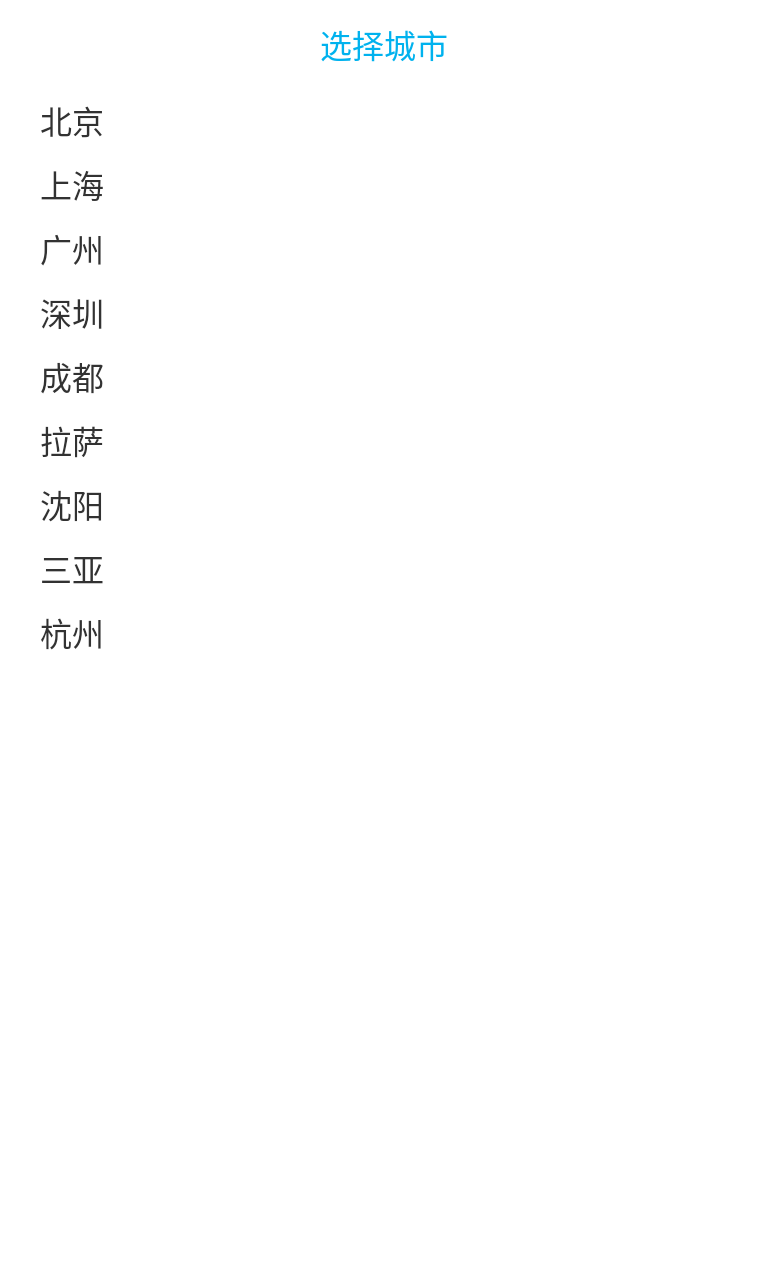
Repository: xuelang201201/Android
Layout: Android网络/天气预报/res/layout/menu.xml
The author's editor kept a copy of each file at every save. The layout is drawn from the files as they stood at one save, then again after the next save.
It is drawn on a 768 x 1280 px phone screen (xhdpi) without system bars, with theme AppBaseTheme; the app's code is not run.

Above is the layout before, as saved 2016-03-30 07:35:53.

After the next save:
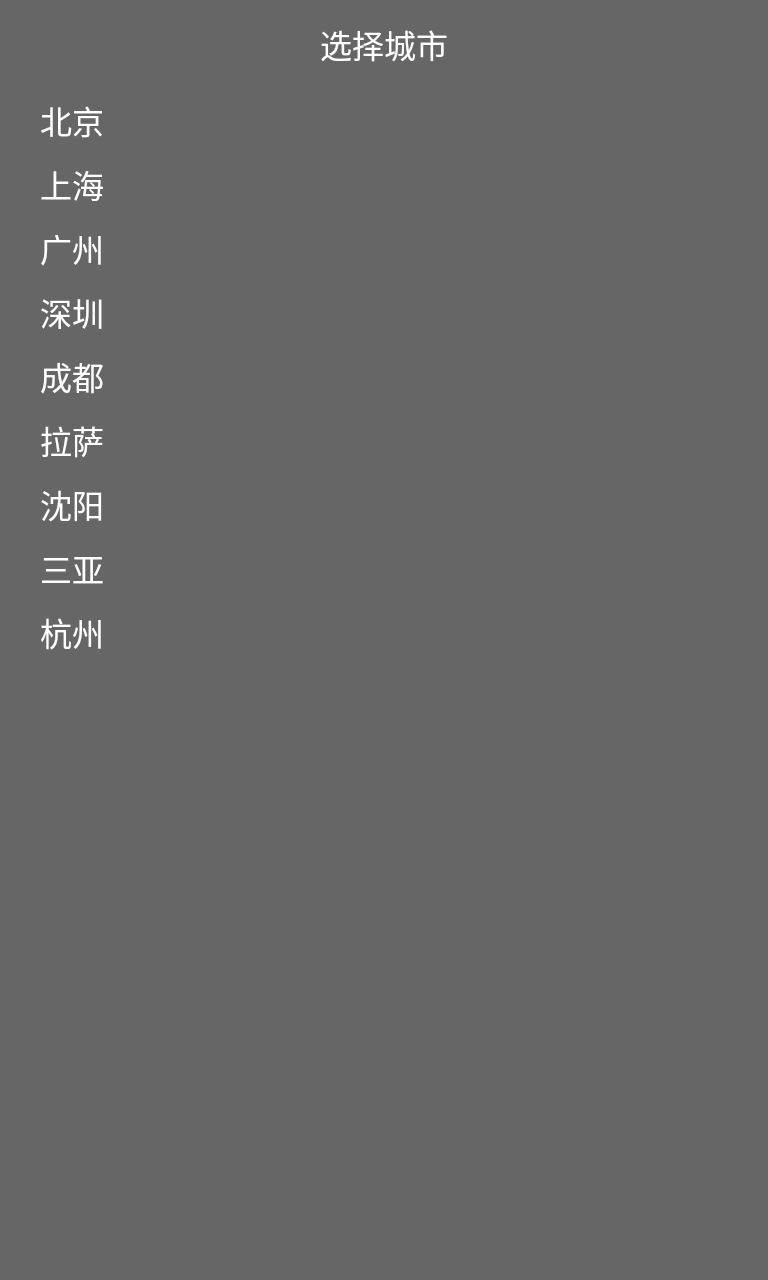
Saved 6 min 56 s later.
--- a/Android网络/天气预报/res/layout/menu.xml
+++ b/Android网络/天气预报/res/layout/menu.xml
@@ -2,16 +2,17 @@
 <LinearLayout xmlns:android="http://schemas.android.com/apk/res/android"
     android:layout_width="200dp"
     android:layout_height="match_parent"
+    android:background="#666666"
     android:orientation="vertical" >
 
     <TextView
         android:layout_width="match_parent"
         android:layout_height="wrap_content"
+        android:gravity="center_horizontal"
         android:paddingBottom="10dp"
         android:paddingTop="10dp"
-        android:gravity="center_horizontal"
         android:text="选择城市"
-        android:textColor="#00B2EE"
+        android:textColor="#ffffff"
         android:textSize="16sp" />
 
     <TextView
@@ -24,6 +25,7 @@
         android:paddingLeft="20dp"
         android:paddingTop="4dp"
         android:text="北京"
+        android:textColor="#ffffff"
         android:textSize="16sp" />
 
     <TextView
@@ -36,6 +38,7 @@
         android:paddingLeft="20dp"
         android:paddingTop="4dp"
         android:text="上海"
+        android:textColor="#ffffff"
         android:textSize="16sp" />
 
     <TextView
@@ -48,6 +51,7 @@
         android:paddingLeft="20dp"
         android:paddingTop="4dp"
         android:text="广州"
+        android:textColor="#ffffff"
         android:textSize="16sp" />
 
     <TextView
@@ -60,6 +64,7 @@
         android:paddingLeft="20dp"
         android:paddingTop="4dp"
         android:text="深圳"
+        android:textColor="#ffffff"
         android:textSize="16sp" />
 
     <TextView
@@ -72,6 +77,7 @@
         android:paddingLeft="20dp"
         android:paddingTop="4dp"
         android:text="成都"
+        android:textColor="#ffffff"
         android:textSize="16sp" />
 
     <TextView
@@ -84,6 +90,7 @@
         android:paddingLeft="20dp"
         android:paddingTop="4dp"
         android:text="拉萨"
+        android:textColor="#ffffff"
         android:textSize="16sp" />
 
     <TextView
@@ -96,6 +103,7 @@
         android:paddingLeft="20dp"
         android:paddingTop="4dp"
         android:text="沈阳"
+        android:textColor="#ffffff"
         android:textSize="16sp" />
 
     <TextView
@@ -108,6 +116,7 @@
         android:paddingLeft="20dp"
         android:paddingTop="4dp"
         android:text="三亚"
+        android:textColor="#ffffff"
         android:textSize="16sp" />
 
     <TextView
@@ -120,6 +129,7 @@
         android:paddingLeft="20dp"
         android:paddingTop="4dp"
         android:text="杭州"
+        android:textColor="#ffffff"
         android:textSize="16sp" />
 
 </LinearLayout>
